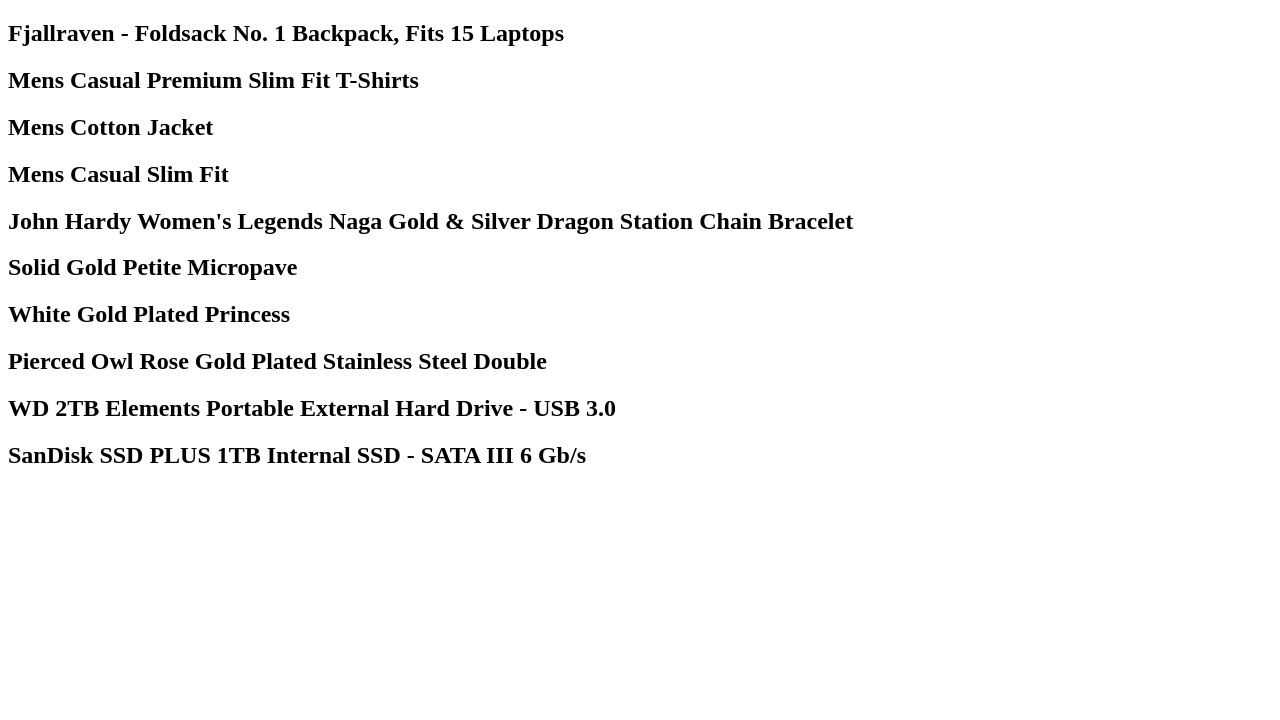
Repository: thuan711/Knowledge-Reacjs
Page: 7.Work-with-JSX.html
These files come from the project's save history. The page is drawn as it stood at one moment and after the next save; the edit follows.
The browser window is 1280 px wide. The pictures show the whole page.
Some web libraries are served in a nearby version.

Above is the page before, as saved 2023-06-09 15:41:23.

After the next save:
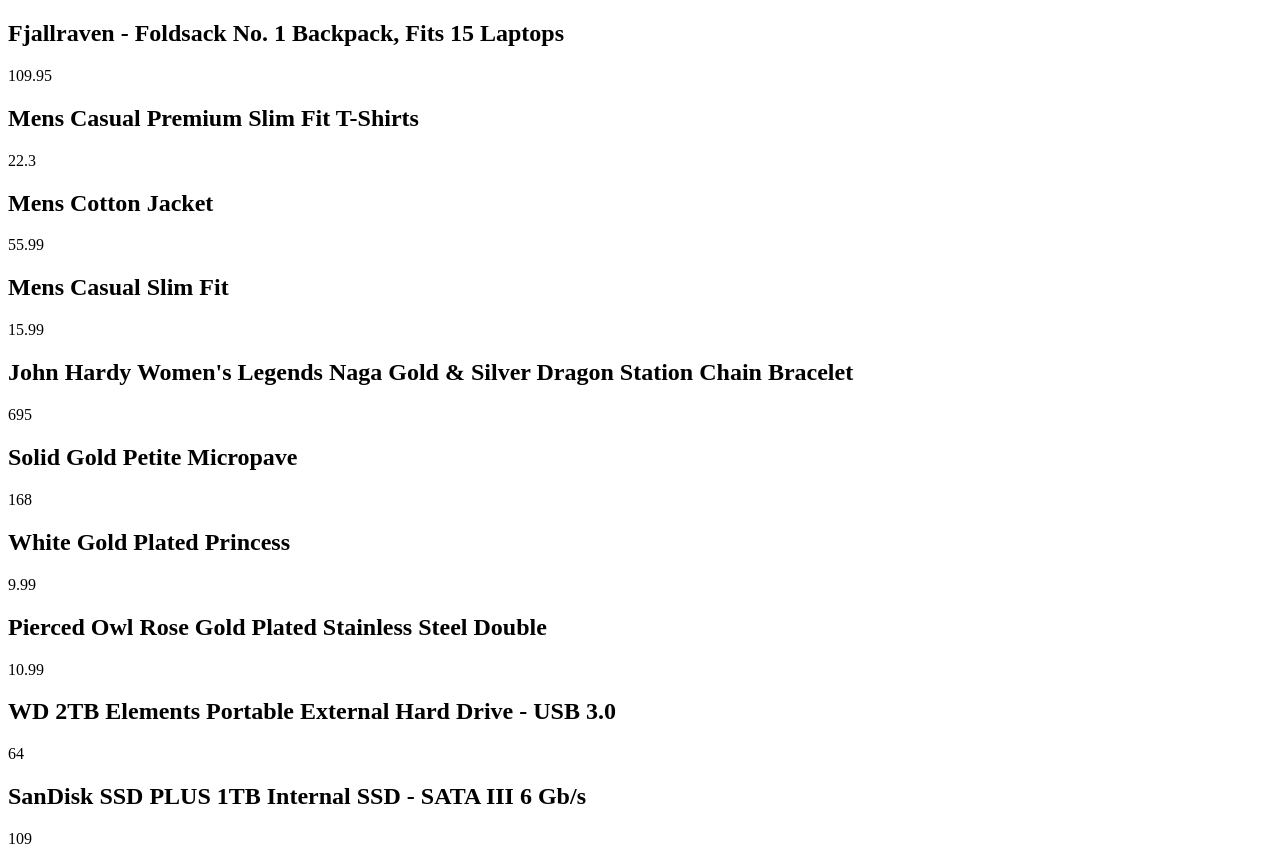
Saved 53 s later.
--- a/7.Work-with-JSX.html
+++ b/7.Work-with-JSX.html
@@ -156,10 +156,10 @@
 
         ]
 
-        const CourseItem = props =>(
+        const CourseItem = ({course}) =>(
             <div>
-                <h2>{props.title}</h2>
-                <p>{props.price}</p>
+                <h2>{course.title}</h2>
+                <p>{course.price}</p>
             </div>
         )
         function App() {
@@ -168,7 +168,7 @@
                     {courses.map(course =>(
                         <CourseItem
                             key={course.id}
-                            title={course.title}
+                            course={course}
                         />
                 ))}
                 </div>
